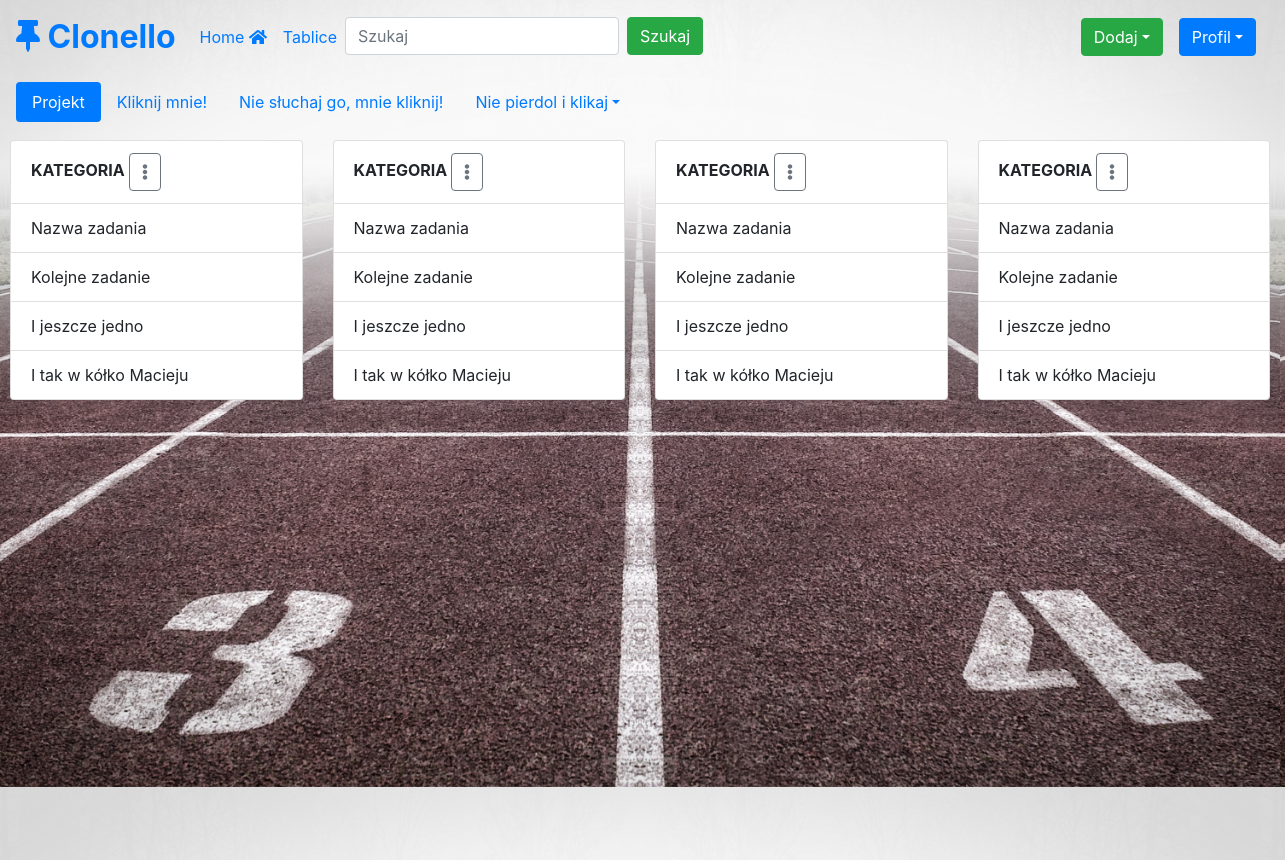
Repository: jnehlt/PAW-lab
Page: / (app in Frontend/clonello/)
The author's editor kept a copy of each file at every save. The page is drawn from the files as they stood at one save, then again after the next save.
The browser window is 1280 px wide. The page is 1285 px wide, so the pictures cover 1285 px, including what lies to the right of the window. The pictures show the whole page.
The project was rebuilt for these pictures with package versions that can differ from the ones it lists, and the page was loaded fresh each time.

Above is the page before, as saved 2020-04-24 23:30:42.

After the next save:
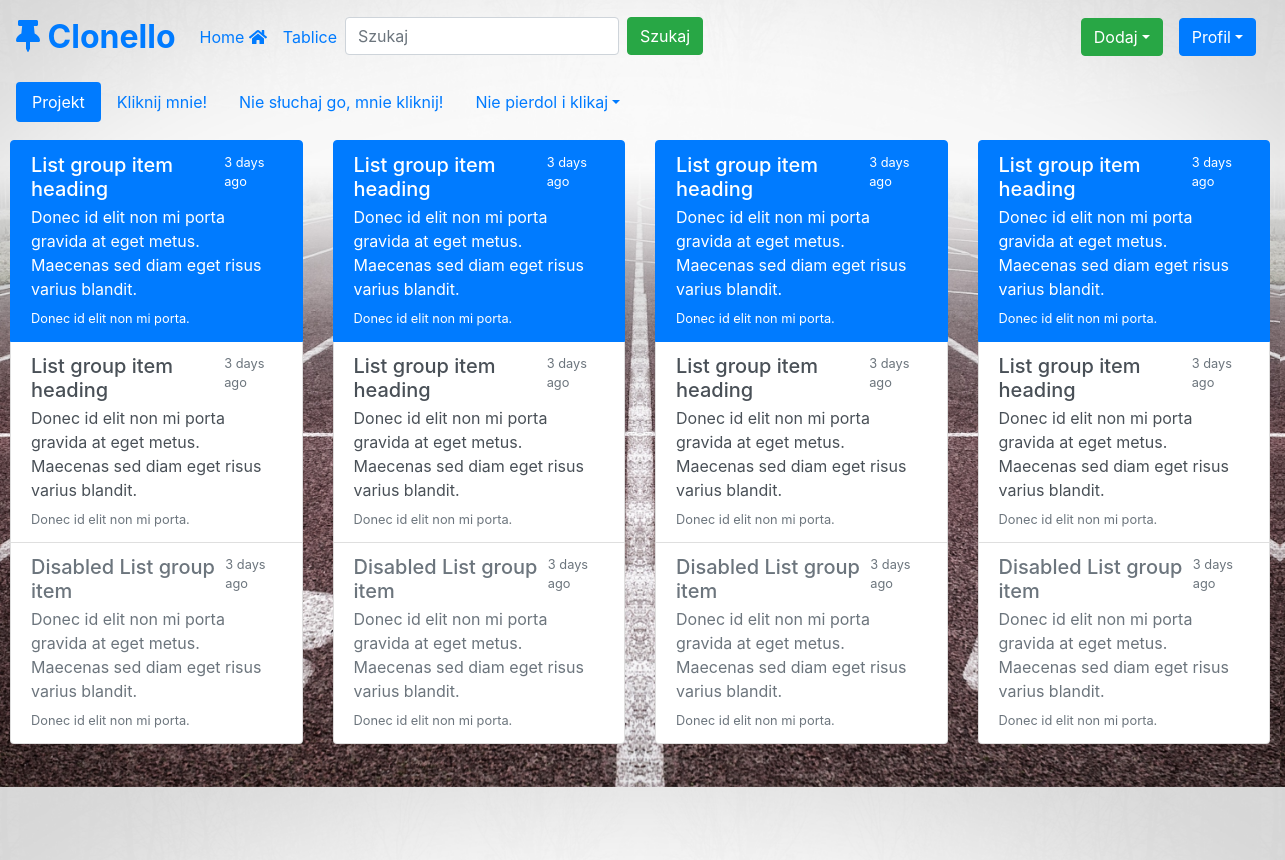
Saved 6 min 27 s later.
--- a/Frontend/clonello/src/components/MainCard.vue
+++ b/Frontend/clonello/src/components/MainCard.vue
@@ -1,12 +1,46 @@
 <template>
         <div class="col-3 col-md-3 col-sm-3">
-            <ul class="list-group">
-                <li class="list-group-item list-head">Kategoria <b-button variant="outline-secondary"><i class="fas fa-ellipsis-v"></i></b-button></li>
-                <li class="list-group-item">Nazwa zadania</li>
-                <li class="list-group-item">Kolejne zadanie</li>
-                <li class="list-group-item">I jeszcze jedno</li>
-                <li class="list-group-item">I tak w kółko Macieju</li>
-            </ul>
+            <b-list-group>
+  <b-list-group-item href="#" active class="flex-column align-items-start">
+    <div class="d-flex w-100 justify-content-between">
+      <h5 class="mb-1">List group item heading</h5>
+      <small>3 days ago</small>
+    </div>
+
+    <p class="mb-1">
+      Donec id elit non mi porta gravida at eget metus. Maecenas sed diam eget risus varius blandit.
+    </p>
+
+    <small>Donec id elit non mi porta.</small>
+  </b-list-group-item>
+
+  <b-list-group-item href="#" class="flex-column align-items-start">
+    <div class="d-flex w-100 justify-content-between">
+      <h5 class="mb-1">List group item heading</h5>
+      <small class="text-muted">3 days ago</small>
+    </div>
+
+    <p class="mb-1">
+      Donec id elit non mi porta gravida at eget metus. Maecenas sed diam eget risus varius blandit.
+    </p>
+
+    <small class="text-muted">Donec id elit non mi porta.</small>
+  </b-list-group-item>
+
+  <b-list-group-item href="#" disabled class="flex-column align-items-start">
+    <div class="d-flex w-100 justify-content-between">
+      <h5 class="mb-1">Disabled List group item</h5>
+      <small class="text-muted">3 days ago</small>
+    </div>
+
+    <p class="mb-1">
+      Donec id elit non mi porta gravida at eget metus. Maecenas sed diam eget risus varius blandit.
+    </p>
+
+    <small class="text-muted">Donec id elit non mi porta.</small>
+  </b-list-group-item>
+</b-list-group>
+
         </div>
 
 </template>
